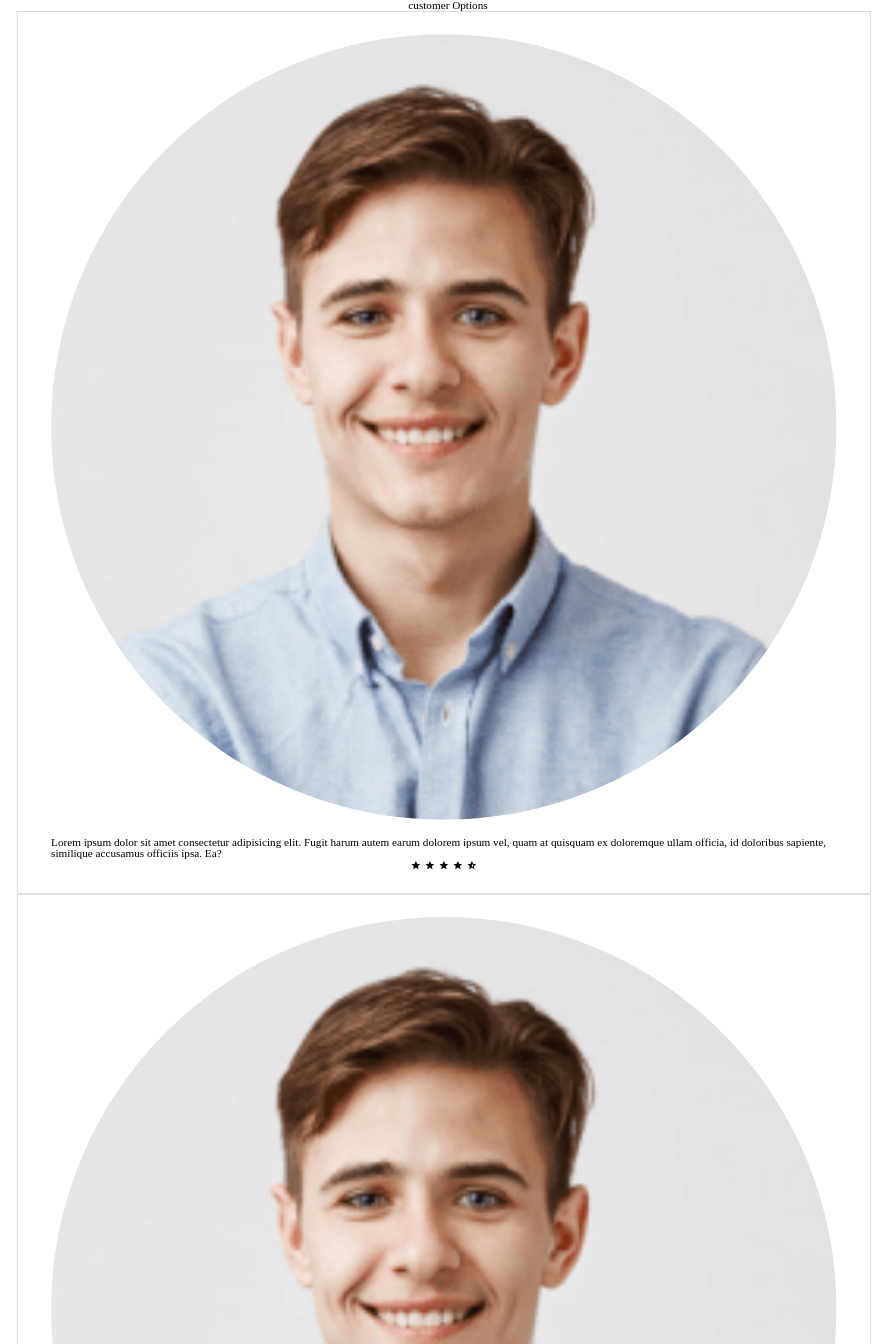
Repository: dinhhaidh/slider-3
Page: index.html
These files come from the project's save history. The page is drawn as it stood at one moment and after the next save; the edit follows.
The browser window is 1280 px wide. The pictures show the part of the page from y = 0 to 1920 px (the page is 3799 px tall before and 733 px after), at 70% of full size.

Above is the page before, as saved 2024-03-22 20:18:45.

After the next save:
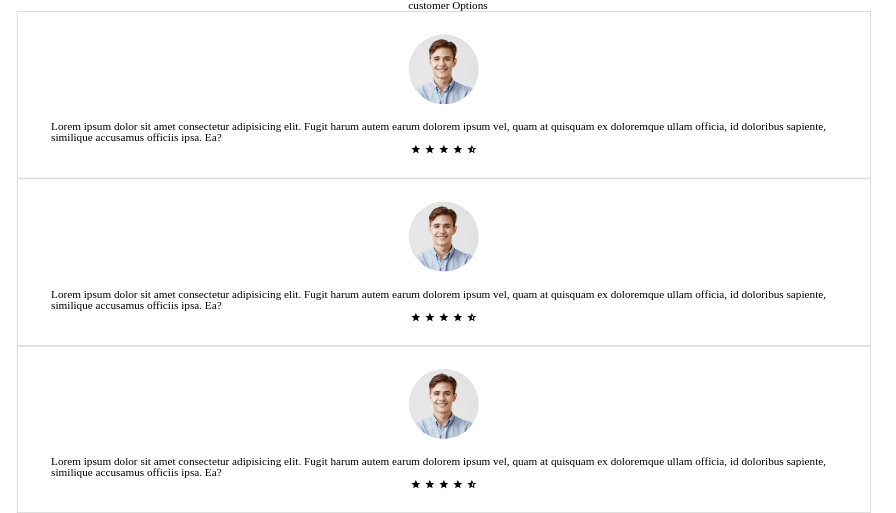
Saved 41 s later.
--- a/style.css
+++ b/style.css
@@ -63,9 +63,7 @@ body {
 .customer__img{
     width: 100px;
     border-radius: 50%;
-    width: 100%;
     margin: 0 auto 1.5rem;
-    object-fit: cover;
 }
 .customer__star{
 
